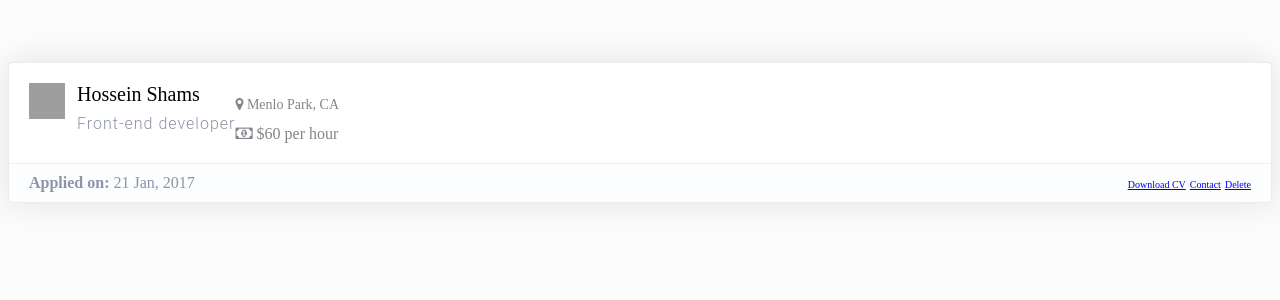
Repository: guddus326/Grass_Farm
Page: http://localhost/Grass_Farm/test.jsp
An editor plug-in stored every save of this project. The page is shown before and after the next save, followed by the edit.
The browser window is 1280 px wide. The pictures show the whole page.
Pictures or frames that could not be fetched are drawn as grey boxes. Some web libraries are served in a nearby version. The page is served by Tomcat 9. Other server files are loaded and not shown.

Above is the page before, as saved 2020-10-03 05:37:38.

### Grass_Farm/Grass_Farm/WebContent/test.jsp
<%@ page language="java" contentType="text/html; charset=EUC-KR"
    pageEncoding="EUC-KR"%>
<!DOCTYPE html>
<html>
<head>
<meta charset="EUC-KR">
<title>Insert title here</title>
<style>
body{
    background:#FCFCFC;
}
.pr-12 {
    padding-right: 12px !important;
}

.mb-20 {
    margin-bottom: 20px !important;
}

.b-1 {
    border: 1px solid #ebebeb !important;
}

.card {
    border: 0;
    border-radius: 0;
    margin-bottom: 30px;
    -webkit-transition: .5s;
    transition: .5s;
}

.card {
    position: relative;
    display: -ms-flexbox;
    display: flex;
    -ms-flex-direction: column;
    flex-direction: column;
    min-width: 0;
    word-wrap: break-word;
    background-color: #fff;
    background-clip: border-box;
    border: 1px solid rgba(0,0,0,.125);
    border-radius: .25rem;
}

.media {
    padding: 16px 12px;
    -webkit-transition: background-color .2s linear;
    transition: background-color .2s linear;
}

.media {
    display: -ms-flexbox;
    display: flex;
    -ms-flex-align: start;
    align-items: flex-start;
}

.card-body {
    -ms-flex: 1 1 auto;
    flex: 1 1 auto;
    padding: 1.25rem;
}

.media .avatar {
    flex-shrink: 0;
}

.no-radius {
    border-radius: 0 !important;
}

.avatar-xl {
    width: 64px;
    height: 64px;
    line-height: 64px;
    font-size: 1.25rem;
}

.avatar {
    position: relative;
    display: inline-block;
    width: 36px;
    height: 36px;
    line-height: 36px;
    text-align: center;
    border-radius: 100%;
    background-color: #f5f6f7;
    color: #8b95a5;
    text-transform: uppercase;
}

img {
    max-width: 100%;
}

img {
    vertical-align: middle;
    border-style: none;
}

.mb-2 {
    margin-bottom: .5rem!important;
}

.fs-20 {
    font-size: 20px !important;
}

.pr-16 {
    padding-right: 16px !important;
}

.ls-1 {
    letter-spacing: 1px !important;
}

.fw-300 {
    font-weight: 300 !important;
}

.fs-16 {
    font-size: 16px !important;
}

.media-body>* {
    margin-bottom: 0;
}

small, time, .small {
    font-family: Roboto,sans-serif;
    font-weight: 400;
    font-size: 11px;
    color: #8b95a5;
}

.fs-14 {
    font-size: 14px !important;
}

.mb-12 {
    margin-bottom: 12px !important;
}

.text-fade {
    color: rgba(77,82,89,0.7) !important;
}

.card-footer:last-child {
    border-radius: 0 0 calc(.25rem - 1px) calc(.25rem - 1px);
}

.card-footer {
    background-color: #fcfdfe;
    border-top: 1px solid rgba(77,82,89,0.07);
    color: #8b95a5;
    padding: 10px 20px;
}

.flexbox {
    display: -webkit-box;
    display: flex;
    -webkit-box-pack: justify;
    justify-content: space-between;
}

.align-items-center {
    -ms-flex-align: center!important;
    align-items: center!important;
}

.card-footer {
    padding: .75rem 1.25rem;
    background-color: rgba(0,0,0,.03);
    border-top: 1px solid rgba(0,0,0,.125);
}


.card-footer {
    background-color: #fcfdfe;
    border-top: 1px solid rgba(77, 82, 89, 0.07);
    color: #8b95a5;
    padding: 10px 20px
}

.card-footer>*:last-child {
    margin-bottom: 0
}

.hover-shadow {
    -webkit-box-shadow: 0 0 35px rgba(0, 0, 0, 0.11);
    box-shadow: 0 0 35px rgba(0, 0, 0, 0.11)
}

.fs-10 {
    font-size: 10px !important;
}
</style>
</head>
<body>
<link href="https://maxcdn.bootstrapcdn.com/font-awesome/4.3.0/css/font-awesome.min.css" rel="stylesheet">
<br>
<br>
<br>
<div class="container">
<div class="col-md-12">
    <div class="card b-1 hover-shadow mb-20">
        <div class="media card-body">
            <div class="media-left pr-12">
                <img class="avatar avatar-xl no-radius" src="https://bootdey.com/img/Content/avatar/avatar1.png" alt="...">
            </div>
            <div class="media-body">
                <div class="mb-2">
                    <span class="fs-20 pr-16">Hossein Shams</span>
                </div>
                <small class="fs-16 fw-300 ls-1">Front-end developer</small>
            </div>
            <div class="media-right text-right d-none d-md-block">
                <p class="fs-14 text-fade mb-12"><i class="fa fa-map-marker pr-1"></i> Menlo Park, CA</p>
                <span class="text-fade"><i class="fa fa-money pr-1"></i> $60 per hour</span>
            </div>
        </div>
        <footer class="card-footer flexbox align-items-center">
            <div>
                <strong>Applied on:</strong>
                <span>21 Jan, 2017</span>
            </div>
            <div class="card-hover-show">
                <a class="btn btn-xs fs-10 btn-bold btn-info" href="#">Download CV</a>
                <a class="btn btn-xs fs-10 btn-bold btn-primary" href="#" data-toggle="modal" data-target="#modal-contact">Contact</a>
                <a class="btn btn-xs fs-10 btn-bold btn-warning" href="#">Delete</a>
            </div>
        </footer>
    </div>




</div>
</div>
</body>
</html>

After the next save:
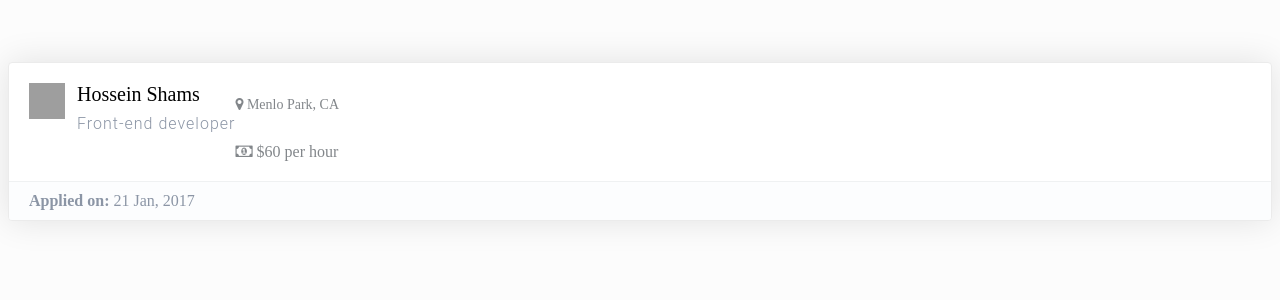
Saved 48 s later.
--- a/Grass_Farm/Grass_Farm/WebContent/test.jsp
+++ b/Grass_Farm/Grass_Farm/WebContent/test.jsp
@@ -216,7 +216,7 @@
                 <small class="fs-16 fw-300 ls-1">Front-end developer</small>
             </div>
             <div class="media-right text-right d-none d-md-block">
-                <p class="fs-14 text-fade mb-12"><i class="fa fa-map-marker pr-1"></i> Menlo Park, CA</p>
+                <p class="fs-14 text-fade mb-12"><i class="fa fa-map-marker pr-1"></i> Menlo Park, CA</p><br>
                 <span class="text-fade"><i class="fa fa-money pr-1"></i> $60 per hour</span>
             </div>
         </div>
@@ -225,11 +225,6 @@
                 <strong>Applied on:</strong>
                 <span>21 Jan, 2017</span>
             </div>
-            <div class="card-hover-show">
-                <a class="btn btn-xs fs-10 btn-bold btn-info" href="#">Download CV</a>
-                <a class="btn btn-xs fs-10 btn-bold btn-primary" href="#" data-toggle="modal" data-target="#modal-contact">Contact</a>
-                <a class="btn btn-xs fs-10 btn-bold btn-warning" href="#">Delete</a>
-            </div>
         </footer>
     </div>
 

After the save that followed:
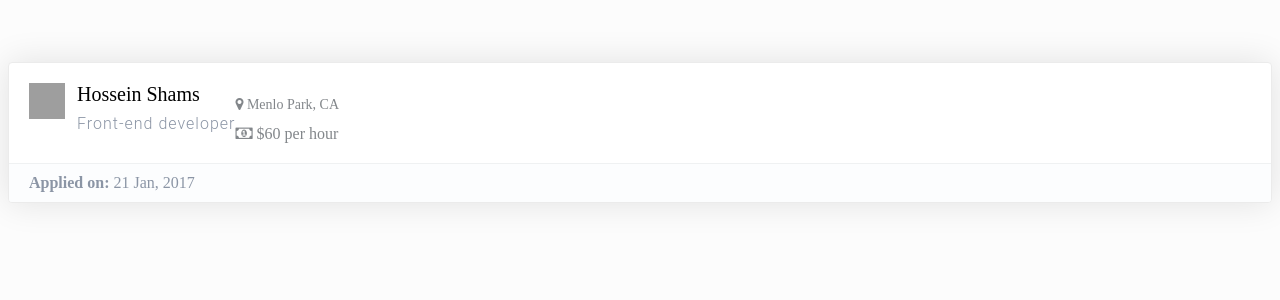
Saved 11 s later.
--- a/Grass_Farm/Grass_Farm/WebContent/test.jsp
+++ b/Grass_Farm/Grass_Farm/WebContent/test.jsp
@@ -213,10 +213,10 @@
                 <div class="mb-2">
                     <span class="fs-20 pr-16">Hossein Shams</span>
                 </div>
-                <small class="fs-16 fw-300 ls-1">Front-end developer</small>
+                <small class="fs-16 fw-300 ls-1">Front-end developer</small><br>
             </div>
             <div class="media-right text-right d-none d-md-block">
-                <p class="fs-14 text-fade mb-12"><i class="fa fa-map-marker pr-1"></i> Menlo Park, CA</p><br>
+                <p class="fs-14 text-fade mb-12"><i class="fa fa-map-marker pr-1"></i> Menlo Park, CA</p>
                 <span class="text-fade"><i class="fa fa-money pr-1"></i> $60 per hour</span>
             </div>
         </div>
